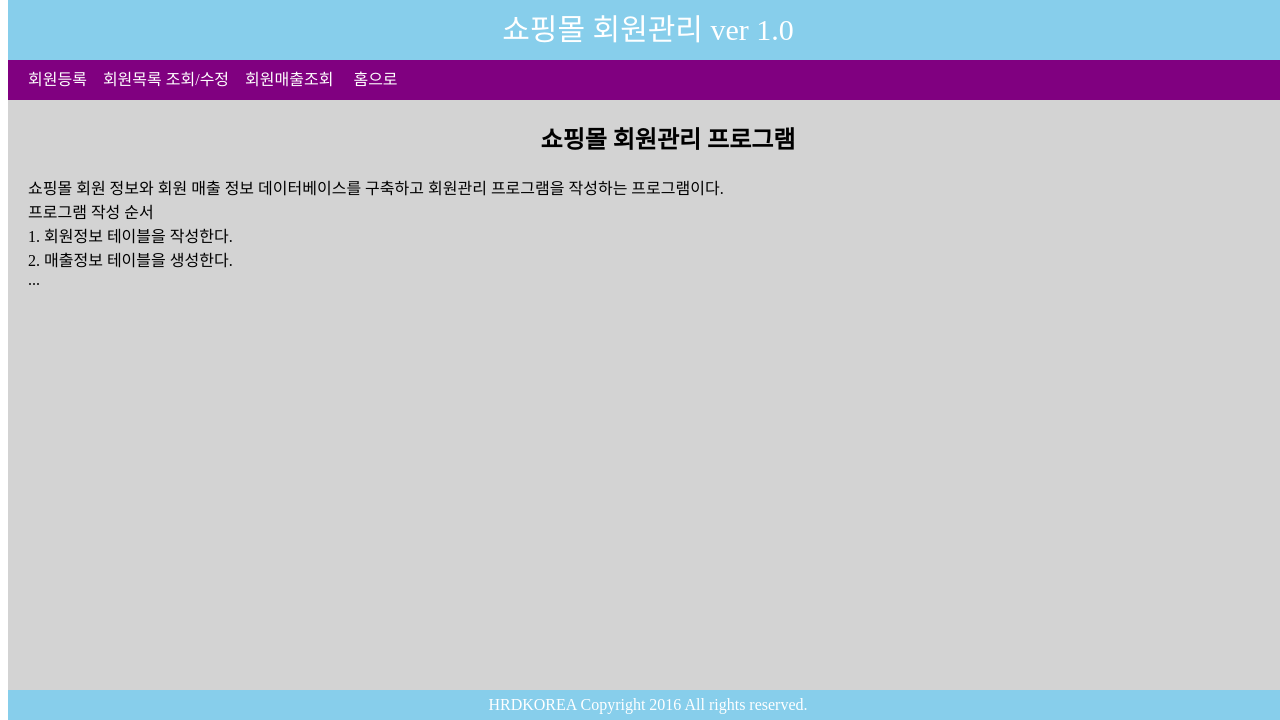
Repository: haileylee94/mini-project
Page: http://localhost/hrd/
These files come from the project's save history. The page is drawn as it stood at one moment and after the next save; the edit follows.
The browser window is 1280 px wide. The pictures show the whole page.
The page is served by Tomcat 9. Other server files are loaded and not shown.

Above is the page before, as saved 2022-11-17 10:35:44.

### hrd/WebContent/index.jsp
<%@ page language="java" contentType="text/html; charset=UTF-8"
    pageEncoding="UTF-8"%>
<!DOCTYPE html>
<html>
<head>
<meta charset="UTF-8">
<title>index</title>
<style type="text/css">
	header{
		position:fixed;
		top:0px;
		width:100%;
		height: 60px;
		background-color: skyblue;
		color: white;
		text-align: center;
		line-height: 60px;
		font-size: 30px;
	}
	nav{
		position: fixed;
		top: 60px;
		width: 100%;
		height: 40px;
		background-color: purple;
		line-height: 40px;
		padding-left: 20px;
		color: #fff;
	}
	section{
		position: fixed;
		top: 100px;
		background-color: lightgray;
		height: 100%;
		width: 100%;
		padding-left: 20px;
	}

	footer{
		position: fixed;
		bottom: 0px;
		background-color: skyblue;
		width: 100%;
		height: 30px;
		color: white;
		text-align: center;
		line-height: 30px;
	}
</style>
</head>
<body>
	<header>
		쇼핑몰 회원관리 ver 1.0
	</header>

	<nav>
		회원등록 &nbsp;&nbsp;	회원목록 조회/수정 &nbsp;&nbsp;	회원매출조회 &nbsp;&nbsp;&nbsp;	홈으로
	</nav>

	<section>
		<h1 style="text-align: center;"><b>쇼핑몰 회원관리 프로그램</b><br></h1>
		<p>
		쇼핑몰 회원 정보와 회원 매출 정보 데이터베이스를 구축하고 회원관리 프로그램을 작성하는 프로그램이다.<br>
		프로그램 작성 순서<br>
		1. 회원정보 테이블을 작성한다.<br>
		2. 매출정보 테이블을 생성한다.<br>
		...
		</p>
	</section>

	<footer>
		HRDKOREA Copyright 2016 All rights reserved.
	</footer>
</body>
</html>

### hrd/WebContent/header.jsp
<%@ page language="java" contentType="text/html; charset=UTF-8"
    pageEncoding="UTF-8"%>
<!DOCTYPE html>
<html>
<head>
<meta charset="UTF-8">
<title>header</title>
<style type="text/css">
	header{
		position:fixed;
		top:0px;
		width:100%;
		height: 60px;
		background-color: skyblue;
		color: white;
		text-align: center;
		line-height: 60px;
		font-size: 30px;
	}
	nav{
		position: fixed;
		top: 60px;
		width: 100%;
		height: 40px;
		background-color: purple;
		line-height: 40px;
		padding-left: 20px;
		color: #fff;
	}
</style>
</head>
<body>

	<header>
		쇼핑몰 회원관리 ver 1.0
	</header>

	<nav>
		회원등록 &nbsp;&nbsp;	회원목록 조회/수정 &nbsp;&nbsp;	회원매출조회 &nbsp;&nbsp;&nbsp;	홈으로
	</nav>
</body>
</html>

### hrd/WebContent/footer.jsp
<%@ page language="java" contentType="text/html; charset=UTF-8"
    pageEncoding="UTF-8"%>
<!DOCTYPE html>
<html>
<head>
<meta charset="UTF-8">
<title>footer</title>
<style type="text/css">
	footer{
		position: fixed;
		bottom: 0px;
		background-color: skyblue;
		width: 100%;
		height: 30px;
		color: white;
		text-align: center;
		line-height: 30px;
	}
</style>
</head>
<body>

	<footer>
		HRDKOREA Copyright 2016 All rights reserved.
	</footer>
</body>
</html>

After the next save:
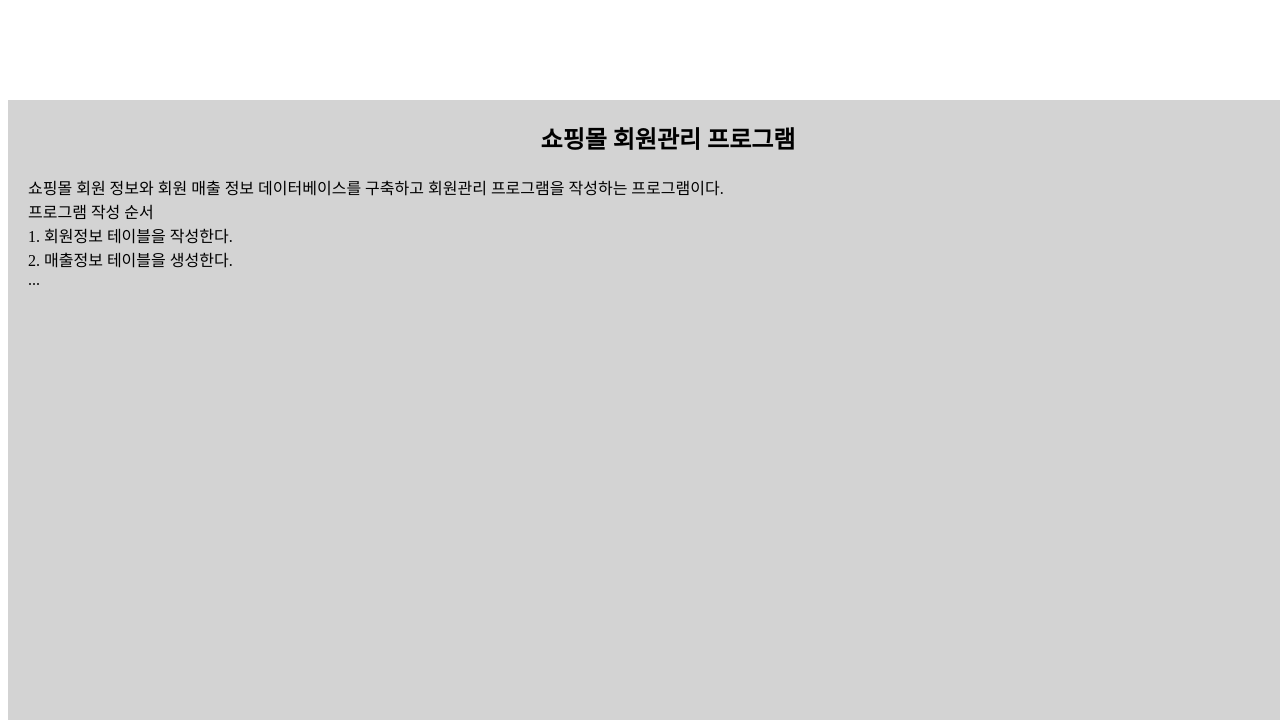
Saved 43 s later.
--- a/hrd/WebContent/index.jsp
+++ b/hrd/WebContent/index.jsp
@@ -6,27 +6,6 @@
 <meta charset="UTF-8">
 <title>index</title>
 <style type="text/css">
-	header{
-		position:fixed;
-		top:0px;
-		width:100%;
-		height: 60px;
-		background-color: skyblue;
-		color: white;
-		text-align: center;
-		line-height: 60px;
-		font-size: 30px;
-	}
-	nav{
-		position: fixed;
-		top: 60px;
-		width: 100%;
-		height: 40px;
-		background-color: purple;
-		line-height: 40px;
-		padding-left: 20px;
-		color: #fff;
-	}
 	section{
 		position: fixed;
 		top: 100px;
@@ -35,28 +14,9 @@
 		width: 100%;
 		padding-left: 20px;
 	}
-
-	footer{
-		position: fixed;
-		bottom: 0px;
-		background-color: skyblue;
-		width: 100%;
-		height: 30px;
-		color: white;
-		text-align: center;
-		line-height: 30px;
-	}
 </style>
 </head>
 <body>
-	<header>
-		쇼핑몰 회원관리 ver 1.0
-	</header>
-
-	<nav>
-		회원등록 &nbsp;&nbsp;	회원목록 조회/수정 &nbsp;&nbsp;	회원매출조회 &nbsp;&nbsp;&nbsp;	홈으로
-	</nav>
-
 	<section>
 		<h1 style="text-align: center;"><b>쇼핑몰 회원관리 프로그램</b><br></h1>
 		<p>
@@ -68,8 +28,5 @@
 		</p>
 	</section>
 
-	<footer>
-		HRDKOREA Copyright 2016 All rights reserved.
-	</footer>
 </body>
 </html>

After the save that followed:
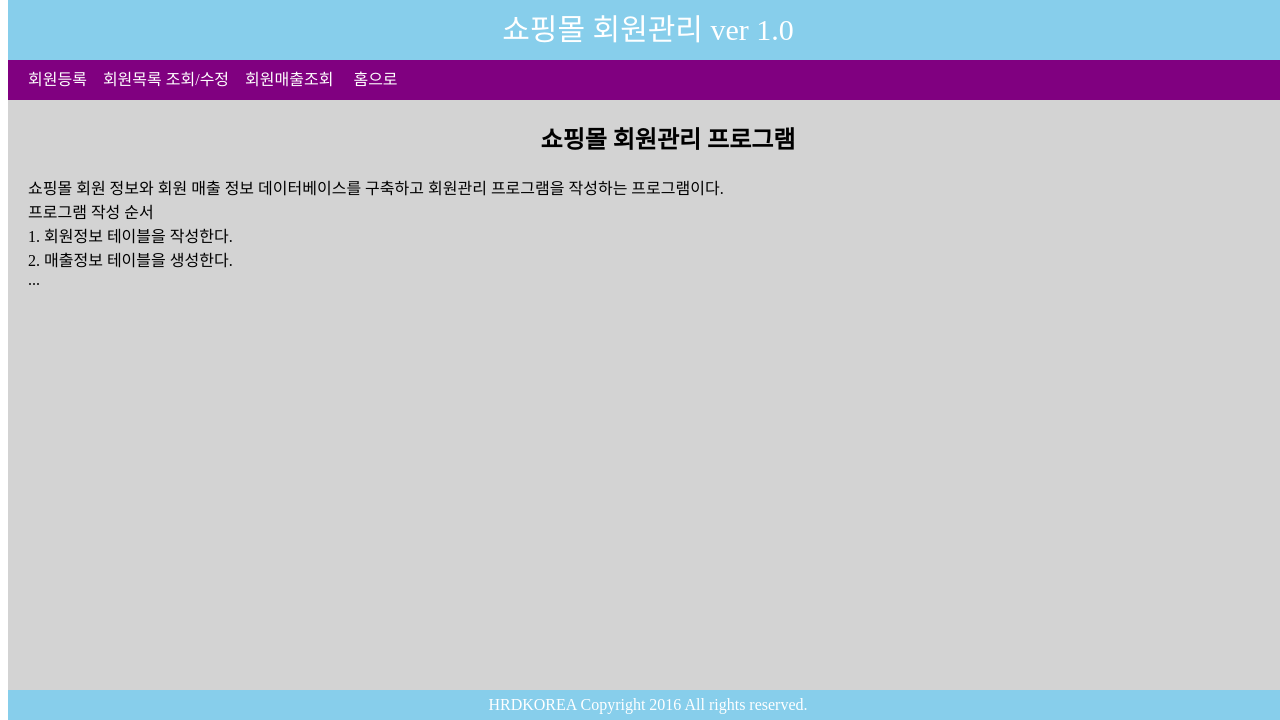
Saved 47 s later.
--- a/hrd/WebContent/index.jsp
+++ b/hrd/WebContent/index.jsp
@@ -17,6 +17,7 @@
 </style>
 </head>
 <body>
+<jsp:include page="header.jsp"/>
 	<section>
 		<h1 style="text-align: center;"><b>쇼핑몰 회원관리 프로그램</b><br></h1>
 		<p>
@@ -27,6 +28,6 @@
 		...
 		</p>
 	</section>
-
+<jsp:include page="footer.jsp"/>
 </body>
 </html>
